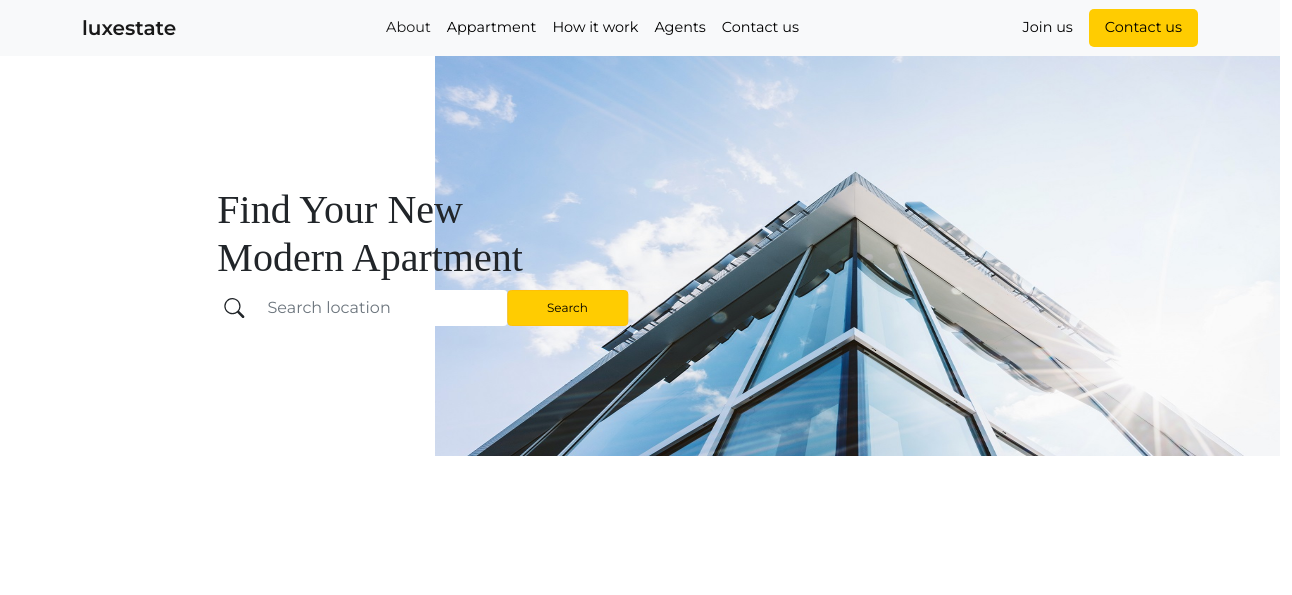
Repository: Toqa-25/luxstate
Page: index.html
The author's editor kept a copy of each file at every save. The page is drawn from the files as they stood at one save, then again after the next save.
The browser window is 1280 px wide. The page is 1292 px wide, so the pictures cover 1292 px, including what lies to the right of the window. The pictures show the whole page.

Above is the page before, as saved 2021-06-07 23:25:12.

### index.html
<!DOCTYPE html>
<html lang="en">
<head>
    <meta charset="UTF-8">
    <meta http-equiv="X-UA-Compatible" content="IE=edge">
    <meta name="viewport" content="width=device-width, initial-scale=1.0">
    <!-- Bootstrap file -->
    <link rel="stylesheet" href="css/bootstrap.css">
    <!-- My Bootstrap file -->
    <link rel="stylesheet" href="css/my-bootstrap.css">
    <!-- all main style -->
    <link rel="stylesheet" href="css/all.min.css">
    <!-- CDN css file -->
    <link href="https://cdn.jsdelivr.net/npm/bootstrap@5.0.1/dist/css/bootstrap.min.css" rel="stylesheet" integrity="sha384-+0n0xVW2eSR5OomGNYDnhzAbDsOXxcvSN1TPprVMTNDbiYZCxYbOOl7+AMvyTG2x" crossorigin="anonymous">
    <!-- Style file -->
    <link rel="stylesheet" href="css/style.css">
    <!-- web fonts -->
    <link rel="preconnect" href="https://fonts.gstatic.com">
<link href="https://fonts.googleapis.com/css2?family=Montserrat:wght@100;200;300;400;500;600;700;800;900&display=swap" rel="stylesheet">
    <title>Bootstarp</title>
</head>
<body>
    <nav class="navbar navbar-expand-lg navbar-light bg-light">
        <div class="container">
          <a class="navbar-brand" href="#">luxestate</a>
          <button class="navbar-toggler" type="button" data-bs-toggle="collapse" data-bs-target="#navbarSupportedContent" aria-controls="navbarSupportedContent" aria-expanded="false" aria-label="Toggle navigation">
            <span class="navbar-toggler-icon"></span>
          </button>
          <div class="collapse navbar-collapse offset-2 navbar-light" id="navbarSupportedContent">
            <ul class="navbar-nav me-auto mb-2 mb-lg-0 ">
              <li class="nav-item">
                <a class="nav-link active" aria-current="page" href="#">About</a>
              </li>
              <li class="nav-item ">
                <a class="nav-link " href="#">Appartment</a>
              </li>
              <li class="nav-item">
                <a class="nav-link" href="#">How it work</a>
              </li>
              <li class="nav-item">
                <a class="nav-link" href="#">Agents</a>
              </li>
              <li class="nav-item">
                <a class="nav-link" href="#">Contact us</a>
              </li>

            </ul>
            <ul class="nav justify-content-end last-nav">
                <li class="nav-item">
                  <a class="nav-link active" aria-current="page" href="#">Join us</a>
                </li>
                <li class="nav-item focuse">
                  <a class="nav-link " href="#">Contact us</a>
                </li>

              </ul>
          </div>
        </div>
      </nav>
      <header>
      <div class="row">
        <img src="images/cover-unsplash.jpg" class="img-fluid float-end col-8"  alt="...">
          <div class="header-text  col-4 order-first">
              <h1>Find Your New <br>
                Modern Apartment </h1>
                <form class="d-flex">
                    <svg xmlns="http://www.w3.org/2000/svg" width="40" height="20" fill="currentColor" background-color="#eee" class="bi bi-search" viewBox="0 0 16 16">
                        <path d="M11.742 10.344a6.5 6.5 0 1 0-1.397 1.398h-.001c.03.04.062.078.098.115l3.85 3.85a1 1 0 0 0 1.415-1.414l-3.85-3.85a1.007 1.007 0 0 0-.115-.1zM12 6.5a5.5 5.5 0 1 1-11 0 5.5 5.5 0 0 1 11 0z"/>
                      </svg>
                    <input class="form-control " type="search" placeholder=" Search location" aria-label="Search">
                    <button class="btn btn-warning" type="submit">Search </button>
                  </form>
          </div>

      </div>

    </header>

      <script src="js/bootstrap.min.js"></script>
</body>
</html>

### css/style.css
/* veriables */
:root{
    --main-color:#ffcc01;
}

/* global rules */
body{
    font-family: 'Montserrat', sans-serif;
    margin: 0;
    padding: 0;
}
 /* file style */

 .navbar-light .navbar-nav .nav-link,
 .last-nav  .nav-item .nav-link {
    color: black;
    font-weight: 400;
    font-size: .9rem;
}
.navbar-brand{
    font-weight: 600;
}
.last-nav   .focuse{
    background-color: var(--main-color);
    border-radius: 5px;
}
.header-text svg{
    margin:auto 5px;
}
.header-text input{
    border: none
}
.header-text button{
    background: var(--main-color);
    font-size: .75rem;
    width: 45%;
}
.header-text .d-flex{

}
.header-text {
    margin: auto;
    transform: translate(50%);
}
.header-text h1{
    font-family: mate sc;
}
header .row{
    position: relative;
}
header img{
    max-height: 400px;
}

Loaded but not shown: css/my-bootstrap.css (library); css/all.min.css (library); js/bootstrap.min.js (library); css/bootstrap.css (no copy from this time; the picture is the same without it)

After the next save:
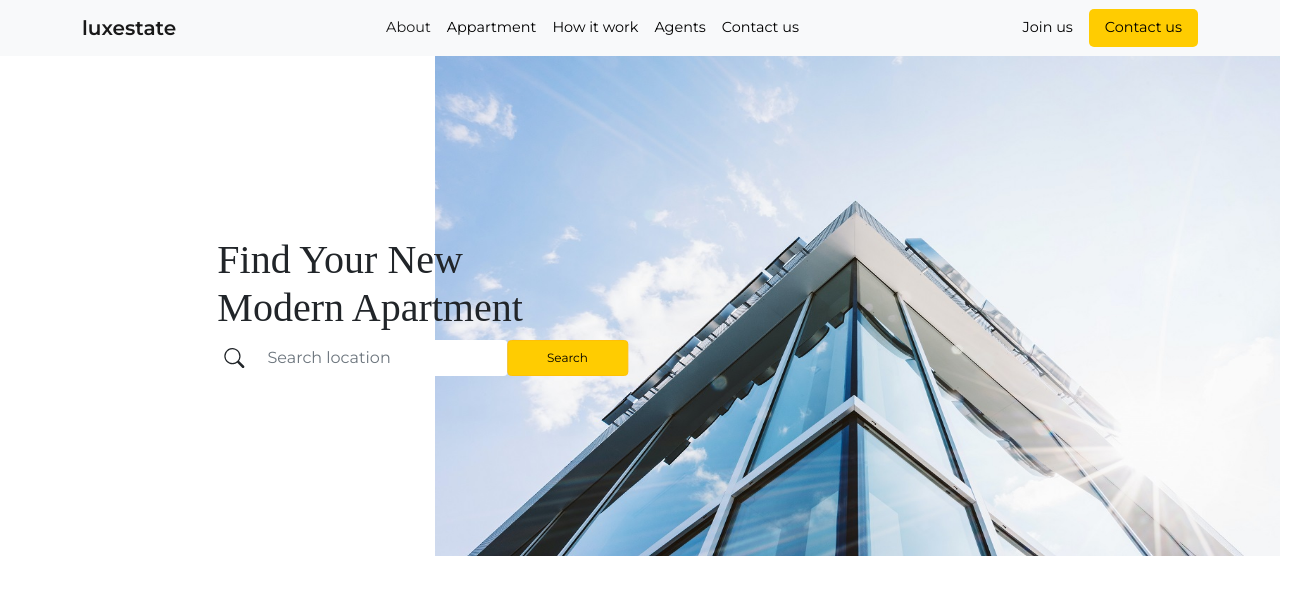
Saved 19 s later.
--- a/css/style.css
+++ b/css/style.css
@@ -49,5 +49,5 @@ header .row{
     position: relative;
 }
 header img{
-    max-height: 400px;
+    max-height: 500px;
 }
